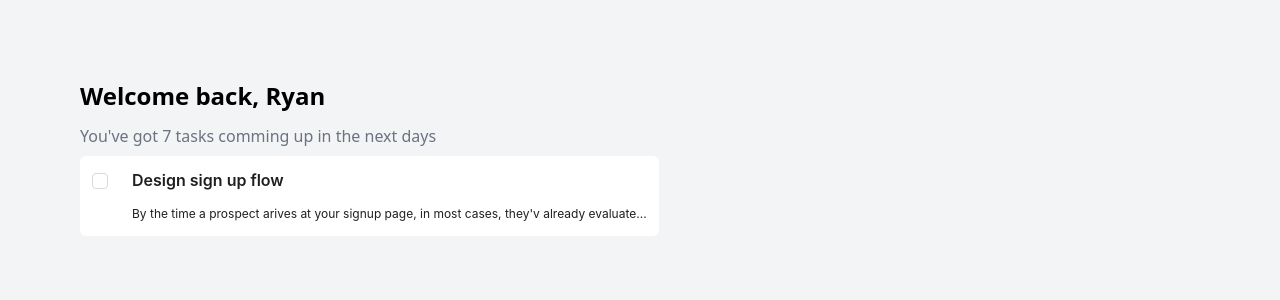
Repository: daohuyhoang9119/TodoApp
Page: /
These files come from the project's save history. The page is drawn as it stood at one moment and after the next save; the edit follows.
The browser window is 1280 px wide. The pictures show the whole page.
The project was rebuilt for these pictures with package versions that can differ from the ones it lists, and the page was loaded fresh each time. Also part of the build but not shown: vite.config.ts, src/App.css.

Above is the page before, as saved 2023-02-22 10:46:22.

After the next save:
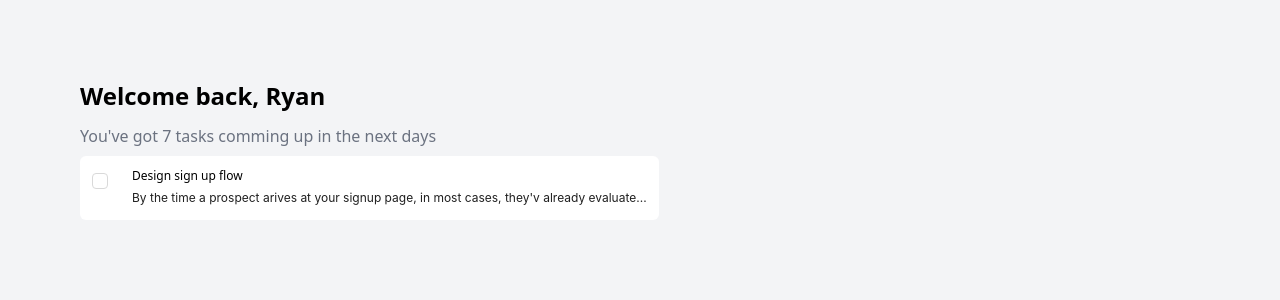
Saved 26 s later.
--- a/src/components/TaskItem/TaskItem.tsx
+++ b/src/components/TaskItem/TaskItem.tsx
@@ -12,9 +12,9 @@
         <Checkbox></Checkbox>
       </div>
       <div className="m-3">
-        <Title level={5} className="text-xs">
+        <p level={5} className="text-xs">
           Design sign up flow
-        </Title>
+        </p>
         <Text className="text-xs ">
           By the time a prospect arives at your signup page, in most cases,
           they'v already evaluate...

After the save that followed:
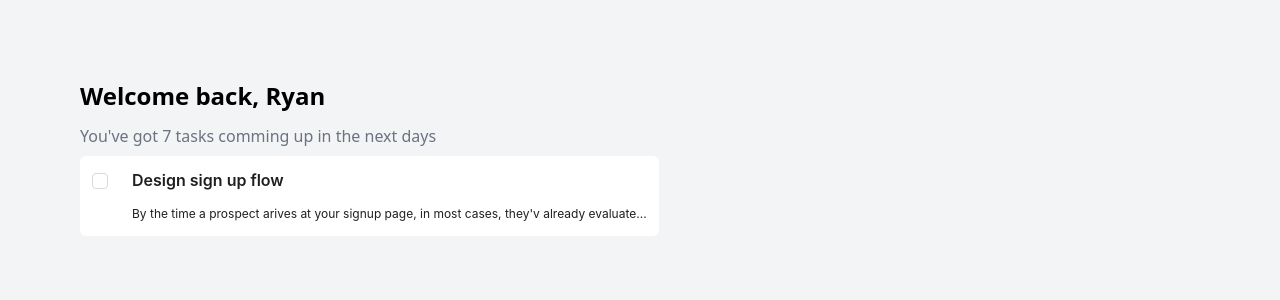
Saved 8 s later.
--- a/src/components/TaskItem/TaskItem.tsx
+++ b/src/components/TaskItem/TaskItem.tsx
@@ -12,9 +12,9 @@
         <Checkbox></Checkbox>
       </div>
       <div className="m-3">
-        <p level={5} className="text-xs">
+        <Title level={5} className="text-xs">
           Design sign up flow
-        </p>
+        </Title>
         <Text className="text-xs ">
           By the time a prospect arives at your signup page, in most cases,
           they'v already evaluate...
